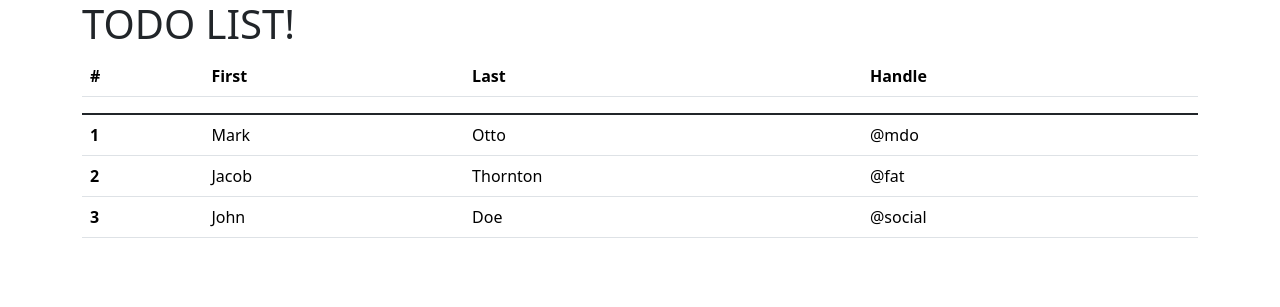
Repository: faizrehmandeveloper-spec/mern
Page: js/todo.html
The author's editor kept a copy of each file at every save. The page is drawn from the files as they stood at one save, then again after the next save.
The browser window is 1280 px wide. The pictures show the whole page.

Above is the page before, as saved 2026-06-25 11:33:46.

### js/todo.html
<!doctype html>
<html lang="en">

<head>
    <meta charset="utf-8">
    <meta name="viewport" content="width=device-width, initial-scale=1">
    <title>Bootstrap demo</title>
    <link href="https://cdn.jsdelivr.net/npm/bootstrap@5.3.8/dist/css/bootstrap.min.css" rel="stylesheet"
        integrity="sha384-sRIl4kxILFvY47J16cr9ZwB07vP4J8+LH7qKQnuqkuIAvNWLzeN8tE5YBujZqJLB" crossorigin="anonymous">
</head>

<body>
    <div class="container">
        <h1>TODO LIST!</h1>
        <table class="table">
            <thead>
                <tr>
                    <th scope="col">#</th>
                    <th scope="col">First</th>
                    <th scope="col">Last</th>
                    <th scope="col">Handle</th>
                </tr>
                <tr>
                    <th></th>
                </tr>
            </thead>
            <tbody class="table-group-divider">
                <tr>
                    <th scope="row">1</th>
                    <td>Mark</td>
                    <td>Otto</td>
                    <td>@mdo</td>
                </tr>
                <tr>
                    <th scope="row">2</th>
                    <td>Jacob</td>
                    <td>Thornton</td>
                    <td>@fat</td>
                </tr>
                <tr>
                    <th scope="row">3</th>
                    <td>John</td>
                    <td>Doe</td>
                    <td>@social</td>
                </tr>
            </tbody>
        </table>
    </div>
    <script src="https://cdn.jsdelivr.net/npm/bootstrap@5.3.8/dist/js/bootstrap.bundle.min.js"
        integrity="sha384-FKyoEForCGlyvwx9Hj09JcYn3nv7wiPVlz7YYwJrWVcXK/BmnVDxM+D2scQbITxI"
        crossorigin="anonymous"></script>
</body>

</html>

After the next save:
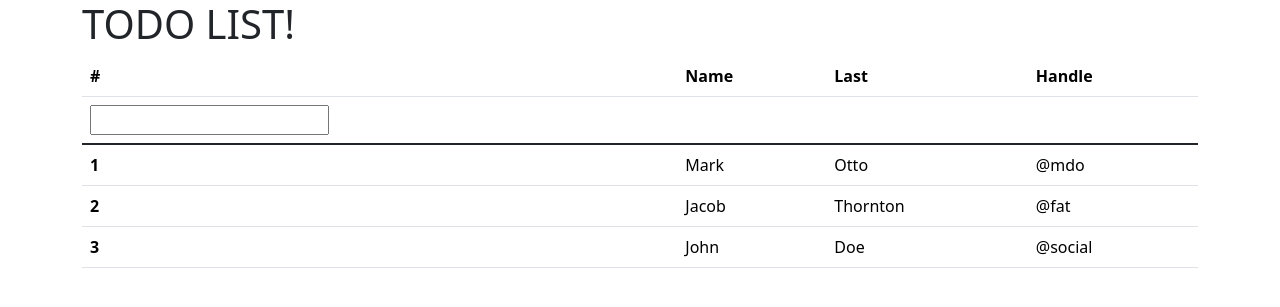
Saved 13 s later.
--- a/js/todo.html
+++ b/js/todo.html
@@ -16,12 +16,12 @@
             <thead>
                 <tr>
                     <th scope="col">#</th>
-                    <th scope="col">First</th>
+                    <th scope="col">Name</th>
                     <th scope="col">Last</th>
                     <th scope="col">Handle</th>
                 </tr>
                 <tr>
-                    <th></th>
+                    <th><input type="text"></th>
                 </tr>
             </thead>
             <tbody class="table-group-divider">
